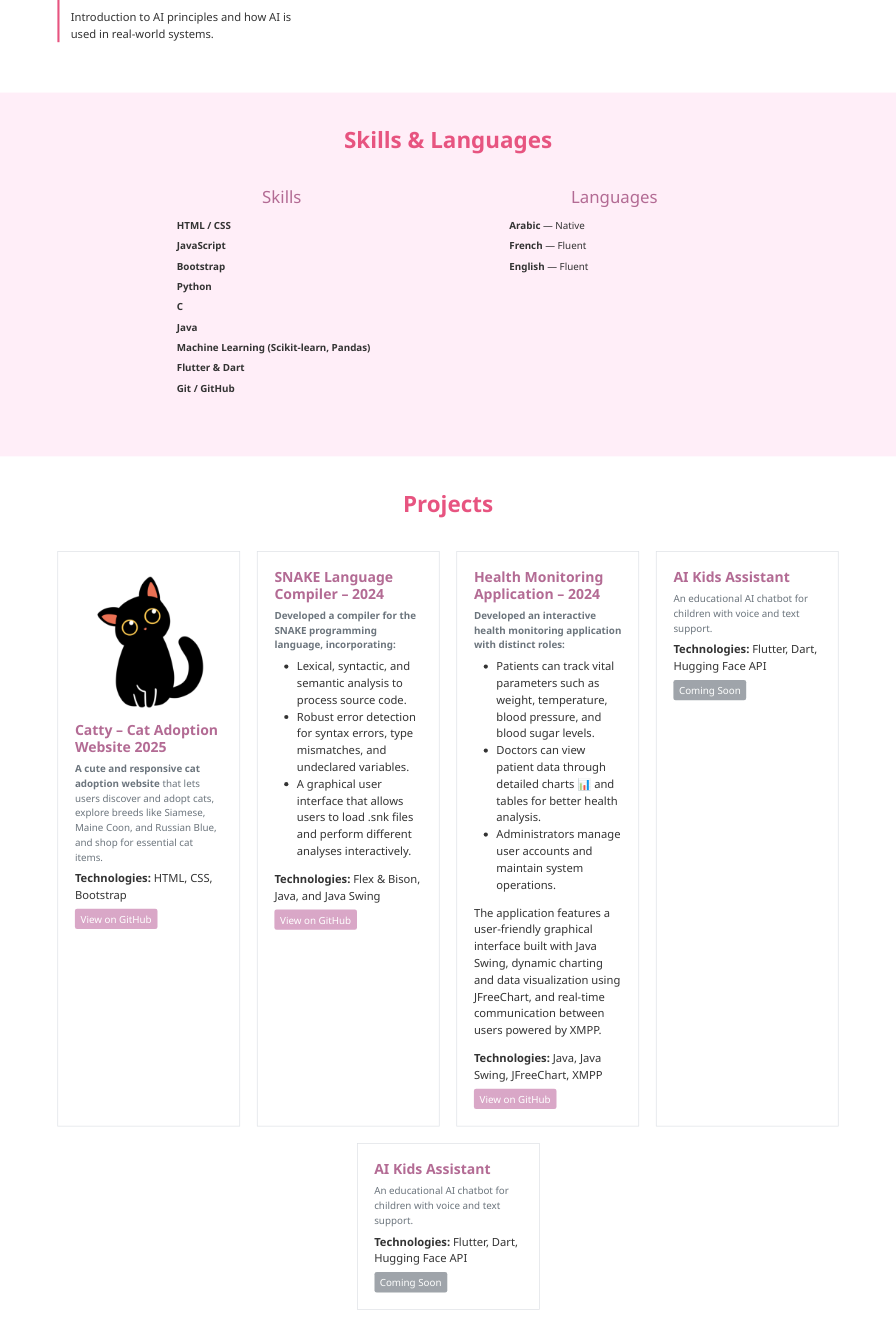
Repository: rihebtlh/portfolio
Page: new.html
The author's editor kept a copy of each file at every save. The page is drawn from the files as they stood at one save, then again after the next save.
The browser window is 1280 px wide. The pictures show the part of the page from y = 1985 to 3905 px (the page is 3905 px tall before and 3643 px after), at 70% of full size.

Above is the page before, as saved 2025-07-02 16:22:17.

After the next save:
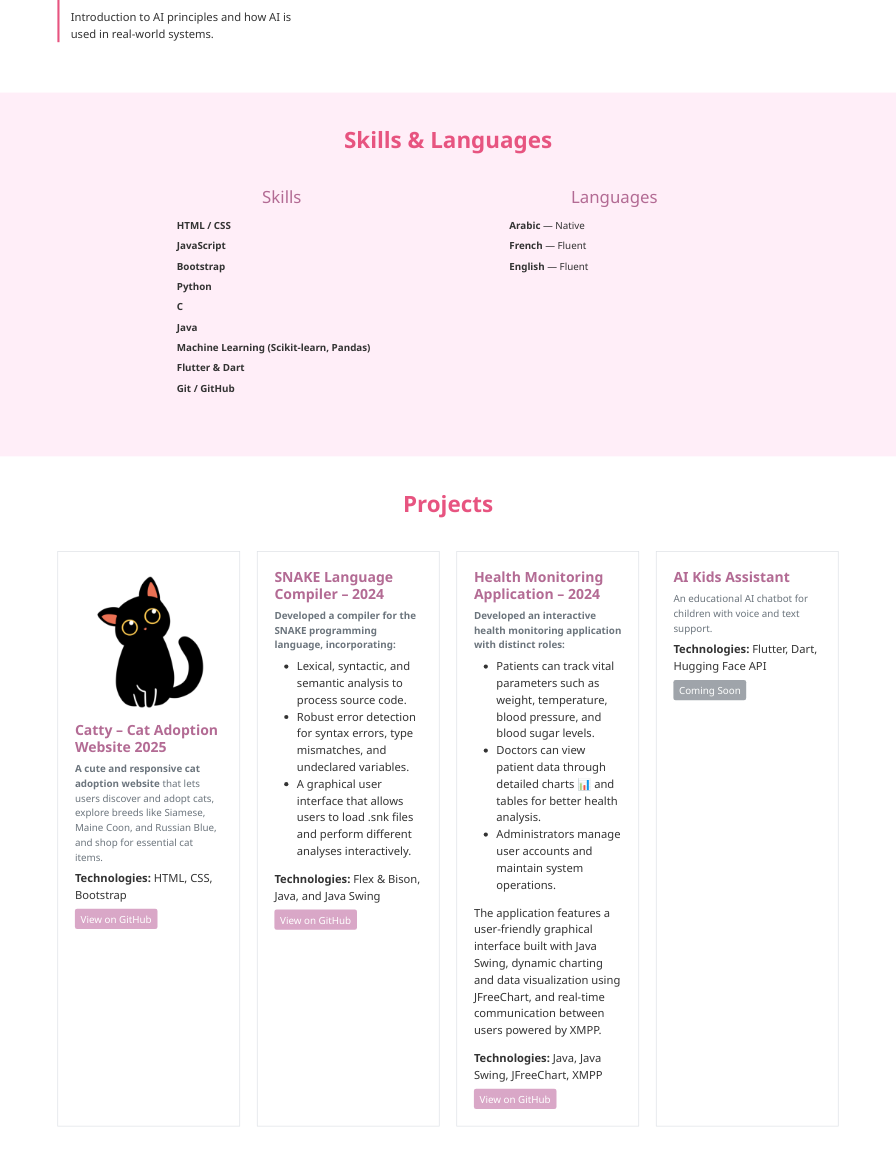
Saved 85 s later.
--- a/new.html
+++ b/new.html
@@ -310,15 +310,6 @@
               <a href="https://github.com/rihebtlh/health" target="_blank" class="btn btn-sm btn-secondary">View on GitHub</a>
             </div>
           </div>
-          <!-- Project 4 -->
-          <div class="col-md-3">
-            <div class="p-4 border rounded-4 h-100" style="border-color: #ffd6e8;">
-              <h5 class="fw-bold" style="color: #b36b94;">AI Kids Assistant</h5>
-              <p class="text-muted small mb-2">An educational AI chatbot for children with voice and text support.</p>
-              <p class="mb-2"><strong>Technologies:</strong> Flutter, Dart, Hugging Face API</p>
-              <a href="#" target="_blank" class="btn btn-sm btn-secondary disabled">Coming Soon</a>
-            </div>
-          </div>
           <!-- Project 5 -->
           <div class="col-md-3">
             <div class="p-4 border rounded-4 h-100" style="border-color: #ffd6e8;">
